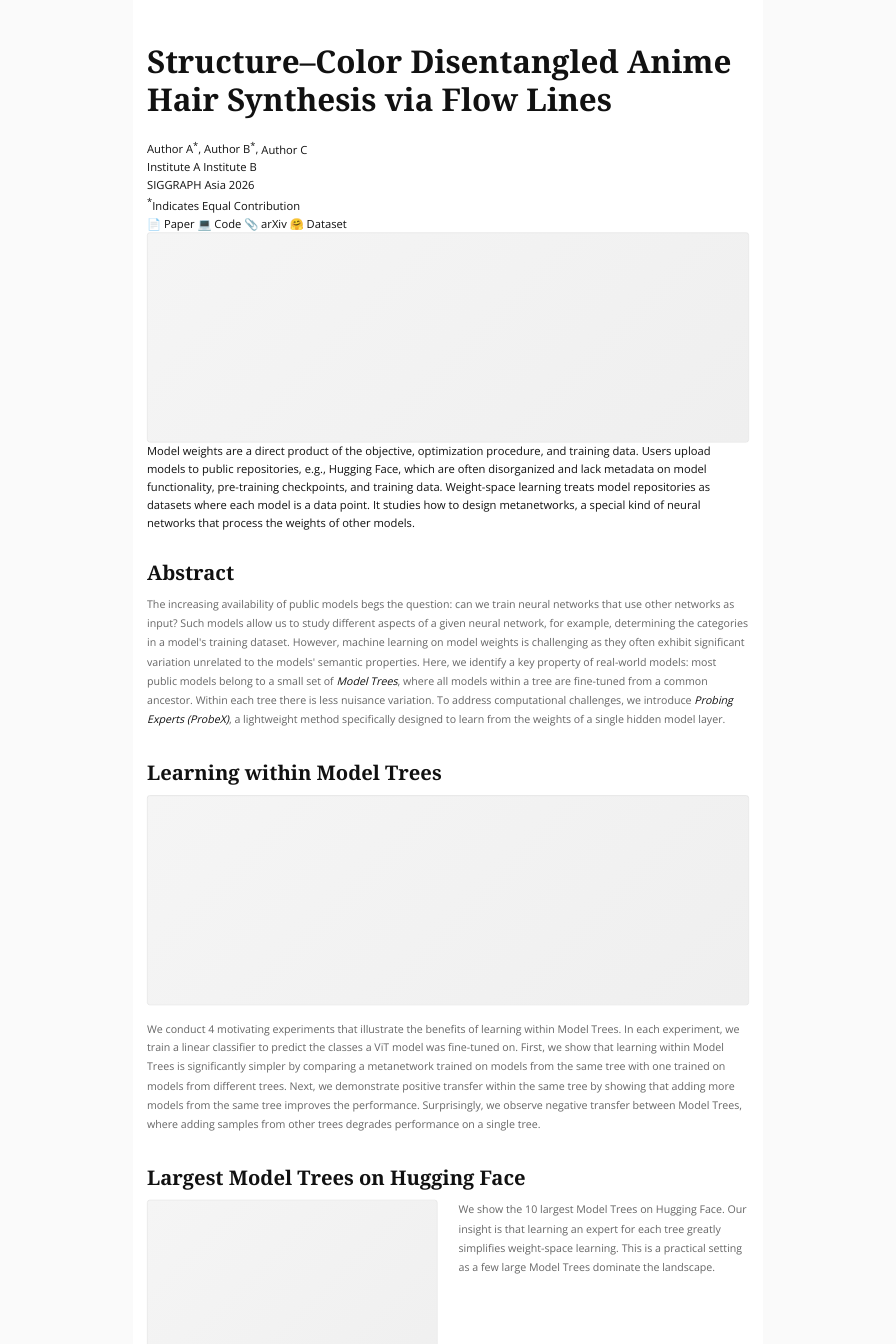
Repository: zty0304/FlowLines-web
Page: index.html
An editor plug-in stored every save of this project. The page is shown before and after the next save, followed by the edit.
The browser window is 1280 px wide. The pictures show the part of the page from y = 0 to 1920 px (the page is 3624 px tall before and 3680 px after), at 70% of full size.

Above is the page before, as saved 2026-08-31 15:23:38.

After the next save:
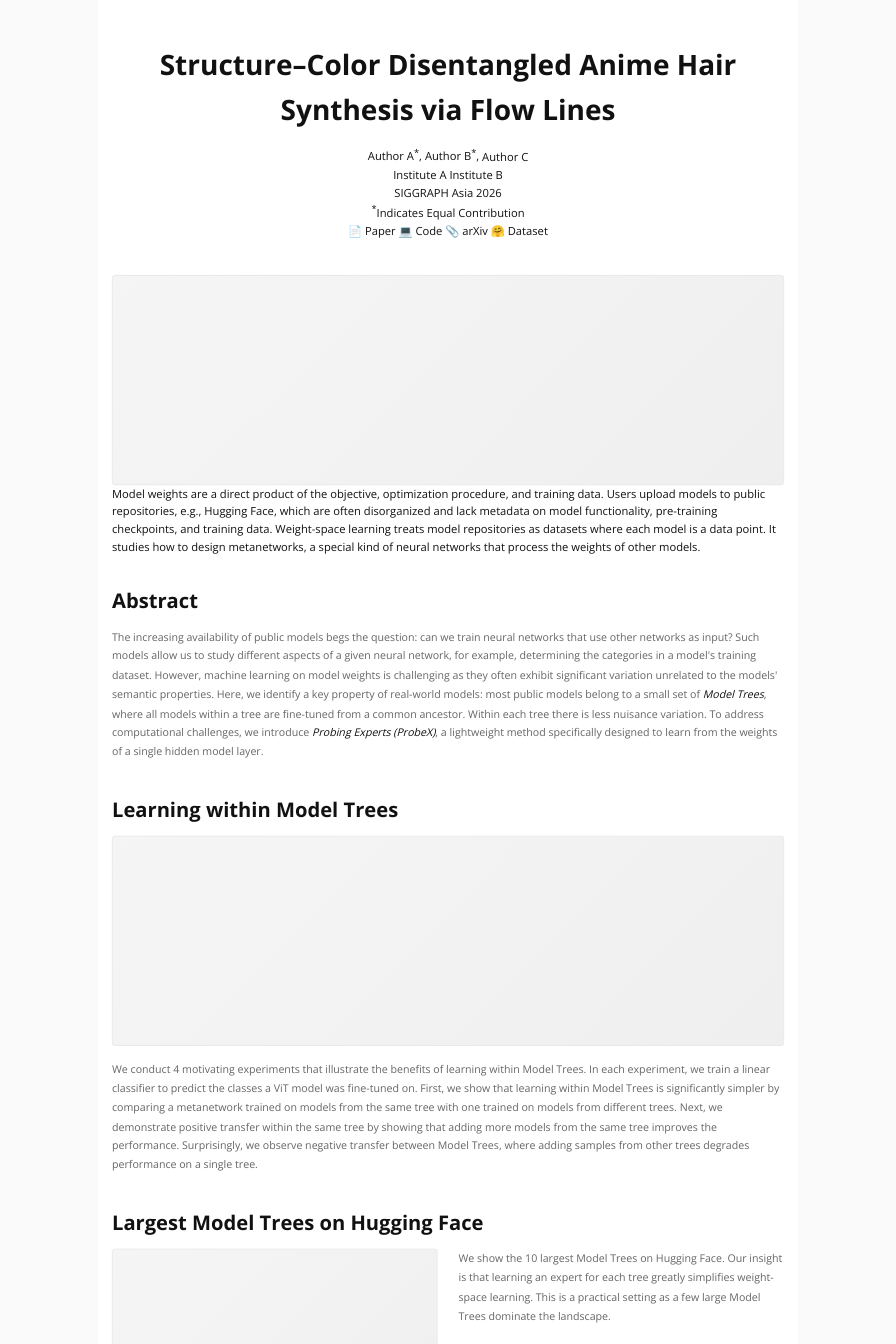
Saved 7 s later.
--- a/styles.css
+++ b/styles.css
@@ -23,25 +23,20 @@ body {
 }
 
 main.content {
-  max-width: 900px;
+  max-width: 1000px;
   margin: 0 auto;
-  padding: 60px 20px;
+  padding: 40px 20px;
   background-color: var(--bg-color);
 }
 
-article.paper {
-  padding: 0;
-}
-
-h1, h2, h3 {
-  font-family: 'Noto Serif', serif;
-  font-weight: 700;
-  line-height: 1.2;
+.header-section {
+  text-align: center;
+  margin-bottom: 50px;
 }
 
 h1 {
-  font-size: 2.8rem;
-  margin-bottom: 30px;
+  font-size: 2.5rem;
+  margin: 20px 0;
   color: var(--text-color);
 }
 
